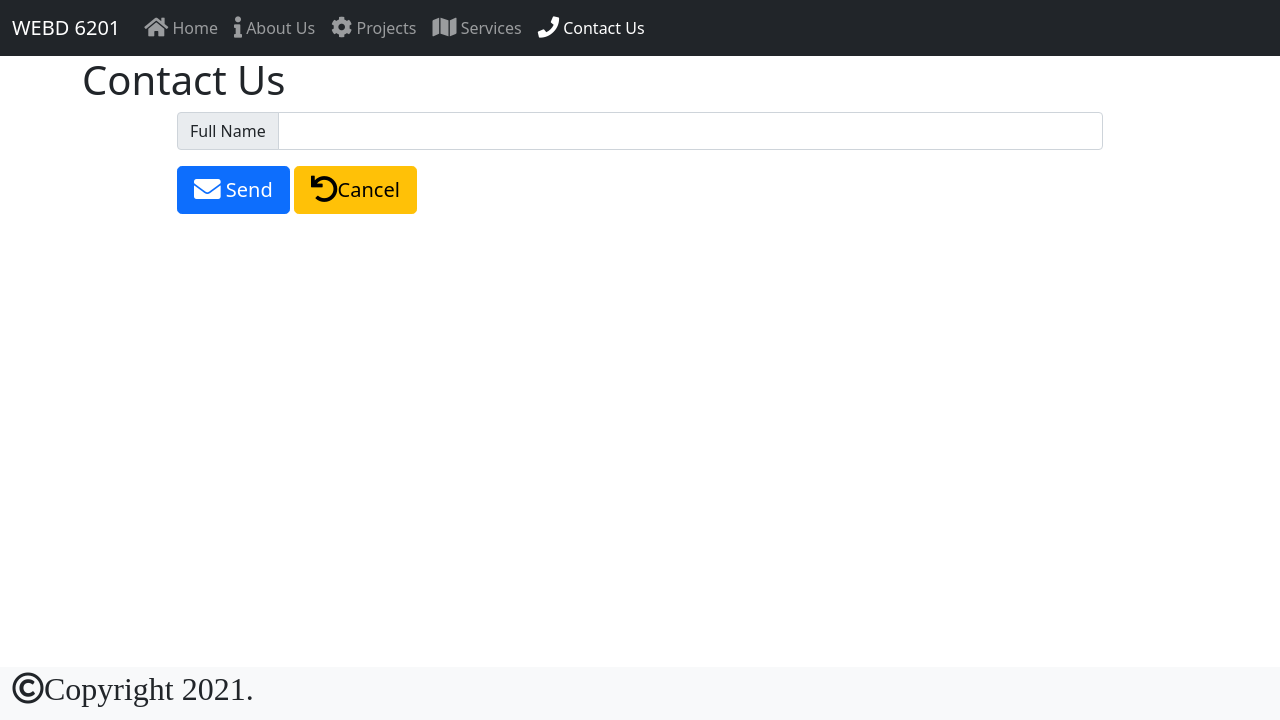
Repository: vans12345678/WEBD6201-W2021-Week3
Page: contact.html
The author's editor kept a copy of each file at every save. The page is drawn from the files as they stood at one save, then again after the next save.
The browser window is 1280 px wide. The pictures show the whole page.

Above is the page before, as saved 2021-01-21 09:31:35.

### contact.html
<!DOCTYPE html>
<html lang="en">
<head>
    <meta charset="UTF-8">
    <meta name="viewport" content="width=device-width, initial-scale=1.0">
    <title>Contact Us</title>

    <!-- CSS Section -->
    <link rel="stylesheet" href="./node_modules/bootstrap/dist/css/bootstrap.min.css">
    <link rel="stylesheet" href="./node_modules/@fortawesome/fontawesome-free/css/all.min.css">
    <link rel="stylesheet" href="./Content/app.css">
</head>
<body>
  <!-- Main Header -->
    <header>
      <!-- Main Navigation -->
        <nav class="navbar navbar-expand-lg navbar-dark bg-dark">
            <div class="container-fluid">
              <a class="navbar-brand" href="index.html">WEBD 6201</a>
              <button class="navbar-toggler" type="button" data-bs-toggle="collapse" data-bs-target="#navbarSupportedContent" aria-controls="navbarSupportedContent" aria-expanded="false" aria-label="Toggle navigation">
                <span class="navbar-toggler-icon"></span>
              </button>
              <div class="collapse navbar-collapse" id="navbarSupportedContent">
                <ul class="navbar-nav me-auto mb-2 mb-lg-0">
                  <li class="nav-item">
                    <a class="nav-link " aria-current="page" href="index.html"><i class="fas fa-home fa-lg"></i> Home</a>
                  </li>

                  <li class="nav-item">
                    <a class="nav-link" aria-current="page" href="about.html"><i class="fas fa-info fa-lg"></i> About Us</a>
                  </li>

                  <li class="nav-item">
                    <a class="nav-link" aria-current="page" href="projects.html"><i class="fas fa-cog fa-lg"></i> Projects</a>
                  </li>

                  <li class="nav-item">
                    <a class="nav-link" aria-current="page" href="services.html"><i class="fas fa-map fa-lg"></i> Services</a>
                  </li>

                  <li class="nav-item">
                    <a class="nav-link active" aria-current="page" href="contact.html"><i class="fas fa-phone fa-lg"></i> Contact Us</a>
                  </li>
                </ul>
              </div>
            </div>
          </nav>
    </header>
  <!-- Main Contents -->
    <main class="container">
        <h1>Contact Us</h1>

        <div class = "row justify-content-lg-center">
          <form class = "col-col-lg-6 col-md-10 col-sm-10">
            <div class="input-group mb-3">
              <span class="input-group-text" id="inputGroup-sizing-default">Full Name</span>
              <input id = "fullName" type="text" class="form-control" aria-label="Full Name" aria-describedby="Full Name Input"
              name = "fullName" required>
            </div>
          <button type="submit" class="btn btn-primary btn-lg"><i class="fas fa-envelope fa-lg"></i> Send</button>
          <button type="reset" class="btn btn-warning btn-lg"><i class="fas fa-undo fa-lg"></i>Cancel</button>
        </form>
        </div>


    </main>
    <!-- Main Footer -->
    <footer>
        <nav class="navbar fixed-bottom navbar-light bg-light">
            <div class="container-fluid">
                <h4><i class="far fa-copyright fa-lg">Copyright 2021.</i></h4>
            </div>
          </nav>
    </footer>
    <!-- Script Section -->
    <script src="./node_modules/jquery/dist/jquery.min.js"></script>
    <script src="./node_modules/bootstrap/dist/js/bootstrap.bundle.min.js"></script>
    <script src="./Scripts/app.js"></script>
</body>
</html>

### Scripts/app.js
/* Custom JavaScript goes here */

//IIFE - Immediately Invoked Function Expression
//AKA - Anonymous Self-Executing Function
//Closure - limits scope leak

"use strict";

(function(){

    function displayHome()
    {

        let paragraphOneText = "This is a simple site to demonstrate DOM Manipulation for ICE 1";
        let paragraphOneElement = document.getElementById("paragraphOne");

        paragraphOneElement.textContent = paragraphOneText;
        //paragraphOneElement.style = "color: blue; font-weight: bold;";
        paragraphOneElement.className = "fs-5 fw-bold text-center";

        //Step 1. document.createElement
        let newParagraph = document.createElement("p");
        //Step 2. Configure the element
        newParagraph.setAttribute("id", "paragraphTwo");
        newParagraph.textContent = "... And this is paragraph two";
        //Step 3. Select parent element
        let mainContent = document.getElementsByTagName("main")[0];
        //Step 4. Add / Insert the element
        mainContent.appendChild(newParagraph);

        newParagraph.className = "fs-6";

        //Another way of injecting content`
        let paragraphDiv = document.createElement('div');
        let paragraphThree =  `<p id = "paragraphThree" class = "fs-7 fw-bold">...And this is the Third paragraph</p>`;
        paragraphDiv.innerHTML = paragraphThree;
        // mainContent.innerHTML = paragraphThree;
        // console.log(paragraphOneElement);

        //insertion before node
        //newParagraph.before(paragraphDiv);

        //insertion after node
        newParagraph.after(paragraphDiv);

        //deletions
        //example of removing a single element
        //paragraphOneElement.remove();

        //example of removeChild
        //mainContent.removeChild(paragraphOneElement);

        //update / modification
        //mainContent.firstElementChild.textContent = "Welcome home";

        mainContent.innerHTML =
        `<h1 id = "firstHeading">Welcome to WEBD6201 - Lab 1</h1>
        <p id = "paragraphOne" class = "fs-3 fw-bold">This is my first paragraph</p>
        `;

    }
    function displayAbout()
    {

    }
    function displayProjects()
    {

    }
    function displayServices()
    {

    }
    function displayContact()
    {

    }
    function Start()
    {
        console.log("App Started...");

        switch(document.title)
        {
            case "Home":
                displayHome();
                break;
            case "About":
                displayAbout();
                break;
            case "Projects":
                displayProjects();
                break;
            case "Services":
                displayServices();
                break;
            case "Contact":
                displayContact();
                break;
        }


    }

    window.addEventListener("load", Start);

})();

Loaded but not shown: node_modules/bootstrap/dist/css/bootstrap.min.css (library); node_modules/@fortawesome/fontawesome-free/css/all.min.css (library); Content/app.css (common file); node_modules/jquery/dist/jquery.min.js (library); node_modules/bootstrap/dist/js/bootstrap.bundle.min.js (library)

After the next save:
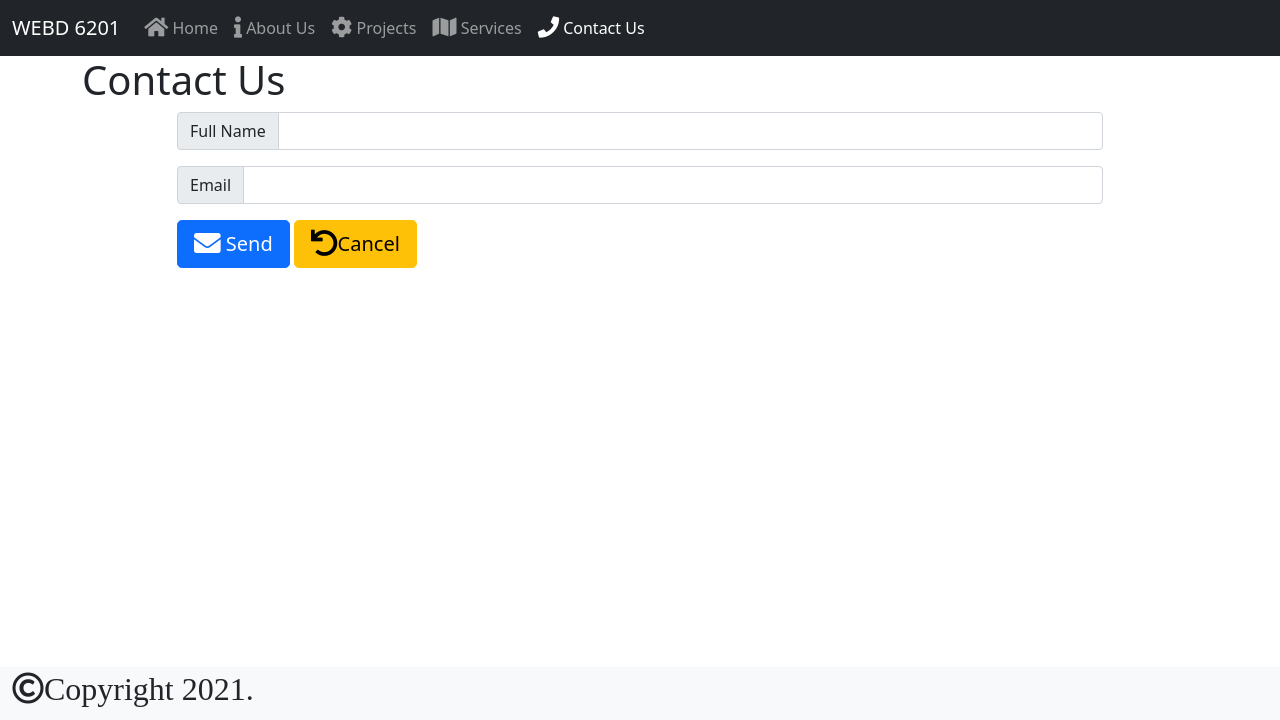
Saved 37 s later.
--- a/contact.html
+++ b/contact.html
@@ -57,6 +57,13 @@
               <input id = "fullName" type="text" class="form-control" aria-label="Full Name" aria-describedby="Full Name Input"
               name = "fullName" required>
             </div>
+
+            <div class="input-group mb-3">
+              <span class="input-group-text" id="inputGroup-sizing-default">Email</span>
+              <input id = "emailAddress" type="text" class="form-control" aria-label="Full Name" aria-describedby="Full Name Input"
+              name = "emailAddress" required>
+            </div>
+
           <button type="submit" class="btn btn-primary btn-lg"><i class="fas fa-envelope fa-lg"></i> Send</button>
           <button type="reset" class="btn btn-warning btn-lg"><i class="fas fa-undo fa-lg"></i>Cancel</button>
         </form>
